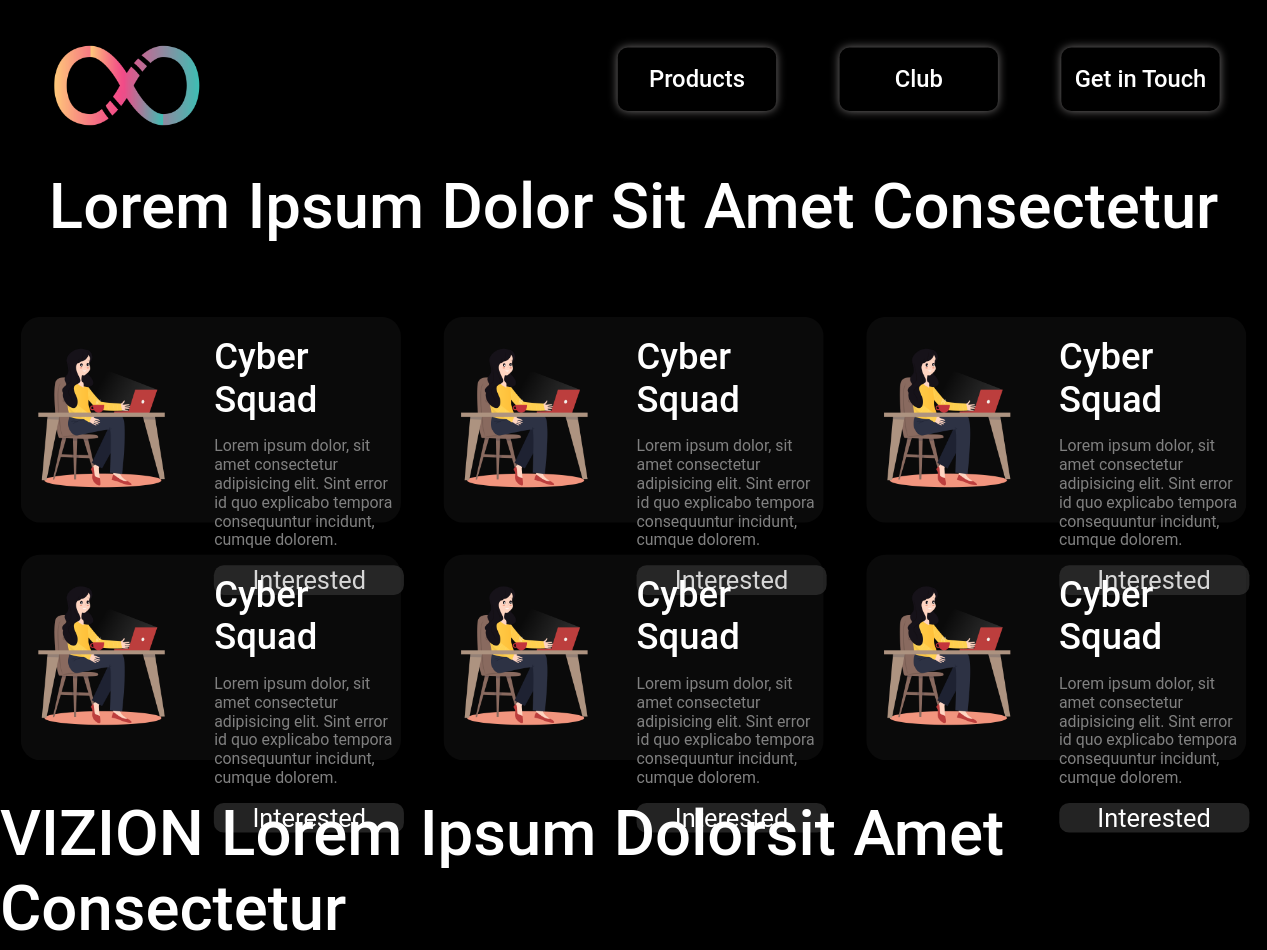
Repository: kapil4457/vizion-internship-project
Page: /
These files come from the project's save history. The page is drawn as it stood at one moment and after the next save; the edit follows.
The browser window is 1280 px wide. The pictures show the whole page, at 99% of full size.
The project was rebuilt for these pictures with package versions that can differ from the ones it lists, and the page was loaded fresh each time. Also part of the build but not shown: src/index.css.

Above is the page before, as saved 2022-10-29 10:24:22.

### public/index.html
<!DOCTYPE html>
<html lang="en">
  <head>
    <meta charset="utf-8" />
    <link rel="icon" href="%PUBLIC_URL%/favicon.ico" />
    <meta name="viewport" content="width=device-width, initial-scale=1" />
    <meta name="theme-color" content="#000000" />
    <meta
      name="description"
      content="Web site created using create-react-app"
    />
    <link rel="preconnect" href="https://fonts.googleapis.com">
    <link rel="apple-touch-icon" href="%PUBLIC_URL%/logo192.png" />
    <!--
      manifest.json provides metadata used when your web app is installed on a
      user's mobile device or desktop. See https://developers.google.com/web/fundamentals/web-app-manifest/
    -->
    <link rel="manifest" href="%PUBLIC_URL%/manifest.json" />
    <!--
      Notice the use of %PUBLIC_URL% in the tags above.
      It will be replaced with the URL of the `public` folder during the build.
      Only files inside the `public` folder can be referenced from the HTML.

      Unlike "/favicon.ico" or "favicon.ico", "%PUBLIC_URL%/favicon.ico" will
      work correctly both with client-side routing and a non-root public URL.
      Learn how to configure a non-root public URL by running `npm run build`.
    -->
    <title>React App</title>
  </head>
  <body>
    <noscript>You need to enable JavaScript to run this app.</noscript>
    <div id="root"></div>
    <!--
      This HTML file is a template.
      If you open it directly in the browser, you will see an empty page.

      You can add webfonts, meta tags, or analytics to this file.
      The build step will place the bundled scripts into the <body> tag.

      To begin the development, run `npm start` or `yarn start`.
      To create a production bundle, use `npm run build` or `yarn build`.
    -->
  </body>
</html>

### src/index.js
import React from 'react';
import ReactDOM from 'react-dom/client';
import './index.css';
import App from './App';
import reportWebVitals from './reportWebVitals';
import { BrowserRouter } from 'react-router-dom';
const root = ReactDOM.createRoot(document.getElementById('root'));
root.render(
  <BrowserRouter >
  <React.StrictMode>
    <App />
  </React.StrictMode>
  </BrowserRouter>
);

// If you want to start measuring performance in your app, pass a function
// to log results (for example: reportWebVitals(console.log))
// or send to an analytics endpoint. Learn more: https://bit.ly/CRA-vitals
reportWebVitals();

### src/App.js
import { Route, Routes } from 'react-router-dom';
import './App.css';
import Header from './components/Header/Header';
import Home from './components/Home/Home';

function App() {
  return (
   <>
<Header />
   <Routes>
<Route exact path='/' element={<Home />} />


   </Routes>



   </>
  );
}

export default App;

### src/App.css
*{
margin:0;
padding:0;
box-sizing: border-box;
font-family: 'Roboto', sans-serif;}

body{
  background-color: black;
  color : white;

}
a{
  text-decoration: none;;
  color:white;
}

.active{
  color:red;
}

body::-webkit-scrollbar {
  display: none;
}

### src/components/Header/Header.jsx
import React from "react";
import { NavLink } from "react-router-dom";
import Logo from "./logo.png";
import "./Header.css";
const Header = () => {
  return (
    <div className="main-header">
      <NavLink to="/" className="left-header">
        <img src={Logo} alt="" />
      </NavLink>
      <div className="right-header">
        <NavLink to="/products">Products</NavLink>
        <NavLink to="/club">Club</NavLink>
        <NavLink to="/contact">Get in Touch</NavLink>
      </div>
    </div>
  );
};

export default Header;

### src/components/Home/Home.jsx
import React from "react";
import { data } from "../../item";
import "./Home.css";
import HomeCard from "./HomeCard";
const Home = () => {
  return (
    <div className="main-home">
      <h2 className="heading">Lorem ipsum dolor sit amet consectetur</h2>

      <div className="home-card-container">
        {data.map((item, key) => (
          <HomeCard item={item} key={key} />
        ))}
      </div>
      <h2 className="heading">VIZION Lorem Ipsum Dolorsit Amet Consectetur</h2>
    </div>
  );
};

export default Home;

### src/components/Header/Header.css
.main-header{
    height:10rem;
    /* border:1px solid white */
    display:flex;
    justify-content: space-between;
    align-items: center;
    padding:0rem 3rem
}

.main-header > .left-header >img{
    height:10rem;

}

.main-header > .right-header
{
    display:flex;
    gap:4rem;
    font-size:1.5rem;
    font-weight:550
}

.main-header > .right-header>a{
    height:4rem;
    width:10rem;
    display:flex;
    justify-content: center;
   align-items: center;
   border-radius:10px;
   box-shadow: 0px 0px 10px rgba(243, 238, 238,0.5);
   transition: all 0.2s;
}
.main-header > .right-header>a:hover{

    box-shadow: 0px 0px 20px rgba(243, 238, 238,0.5);
    transform: scale(1.01);
   }

### src/item.js
export const data = [
    {
        title : "Cyber Squad",
        description : "Lorem ipsum dolor, sit amet consectetur adipisicing elit. Sint error id quo explicabo tempora consequuntur incidunt, cumque dolorem.        "
    },
    {
        title : "Cyber Squad",
        description : "Lorem ipsum dolor, sit amet consectetur adipisicing elit. Sint error id quo explicabo tempora consequuntur incidunt, cumque dolorem.        "
    },
    {
        title : "Cyber Squad",
        description : "Lorem ipsum dolor, sit amet consectetur adipisicing elit. Sint error id quo explicabo tempora consequuntur incidunt, cumque dolorem.        "
    },
    {
        title : "Cyber Squad",
        description : "Lorem ipsum dolor, sit amet consectetur adipisicing elit. Sint error id quo explicabo tempora consequuntur incidunt, cumque dolorem.        "
    },
    {
        title : "Cyber Squad",
        description : "Lorem ipsum dolor, sit amet consectetur adipisicing elit. Sint error id quo explicabo tempora consequuntur incidunt, cumque dolorem.        "
    },
    {
        title : "Cyber Squad",
        description : "Lorem ipsum dolor, sit amet consectetur adipisicing elit. Sint error id quo explicabo tempora consequuntur incidunt, cumque dolorem.        "
    }
]

### src/components/Home/Home.css
.main-home{
    color:white;
    width:100%;
    display: flex;
    flex-direction: column;
    gap:4rem;
    margin-bottom: 2rem;
}

.main-home > h2{
    width:100%;
    height:6rem;
    display: flex;
    justify-content: center;
    align-items:center;
    font-size:4rem;
    word-spacing: 0.1rem;
    font-weight:450;
    text-transform: capitalize;

}


.main-home > .home-card-container{
    display:grid;
    grid-template-columns: 1fr 1fr 1fr;
    row-gap: 2rem;
    place-items: center;
}

### src/components/Home/HomeCard.jsx
import React from "react";
import "./HomeCard.css";
import Image from "./cardImage.png";
const HomeCard = ({ item }) => {
  return (
    <div className="home-card">
      <img src={Image} alt="" />
      <div className="card-info">
        <h2>{item.title}</h2>
        <p>{item.description}</p>
        <button>Interested</button>
      </div>
    </div>
  );
};

export default HomeCard;

### src/components/Home/HomeCard.css
.home-card{
    width:90%;
    height:13rem;
    display:flex;
    gap:1rem;
    padding-top:1rem;
    background-color: rgba(51, 50, 50, 0.2);
    border-radius: 20px;
    border:3px solid rgba(51, 50, 50, 0.0);
    transition: all 0.4s;

}
.home-card:hover{
    border:3px solid blue;
}
.home-card>img{
    height:10rem;

}
.home-card > .card-info{
    display:flex;
    flex-direction: column;
    gap:1rem;
    padding:0 1rem;
    align-items: center;

}
.home-card > .card-info > h2{
    font-size: 2.3rem;
    font-weight: 450;
}
.home-card > .card-info > p{
    color:gray
}
.home-card > .card-info > button{
    background-color: rgba(51, 50, 50, 0.7);
    border:none;
    outline:none;
    width:12rem;
    border-radius: 10px;
    font-size:1.6rem;
    color:white;
    height:3rem;
    transition: all 0.4s;
    cursor:pointer;
}
.home-card > .card-info > button:hover{

    background-color: rgba(51, 50, 50, 0.9);
}

Loaded but not shown: src/reportWebVitals.js (common file)

After the next save:
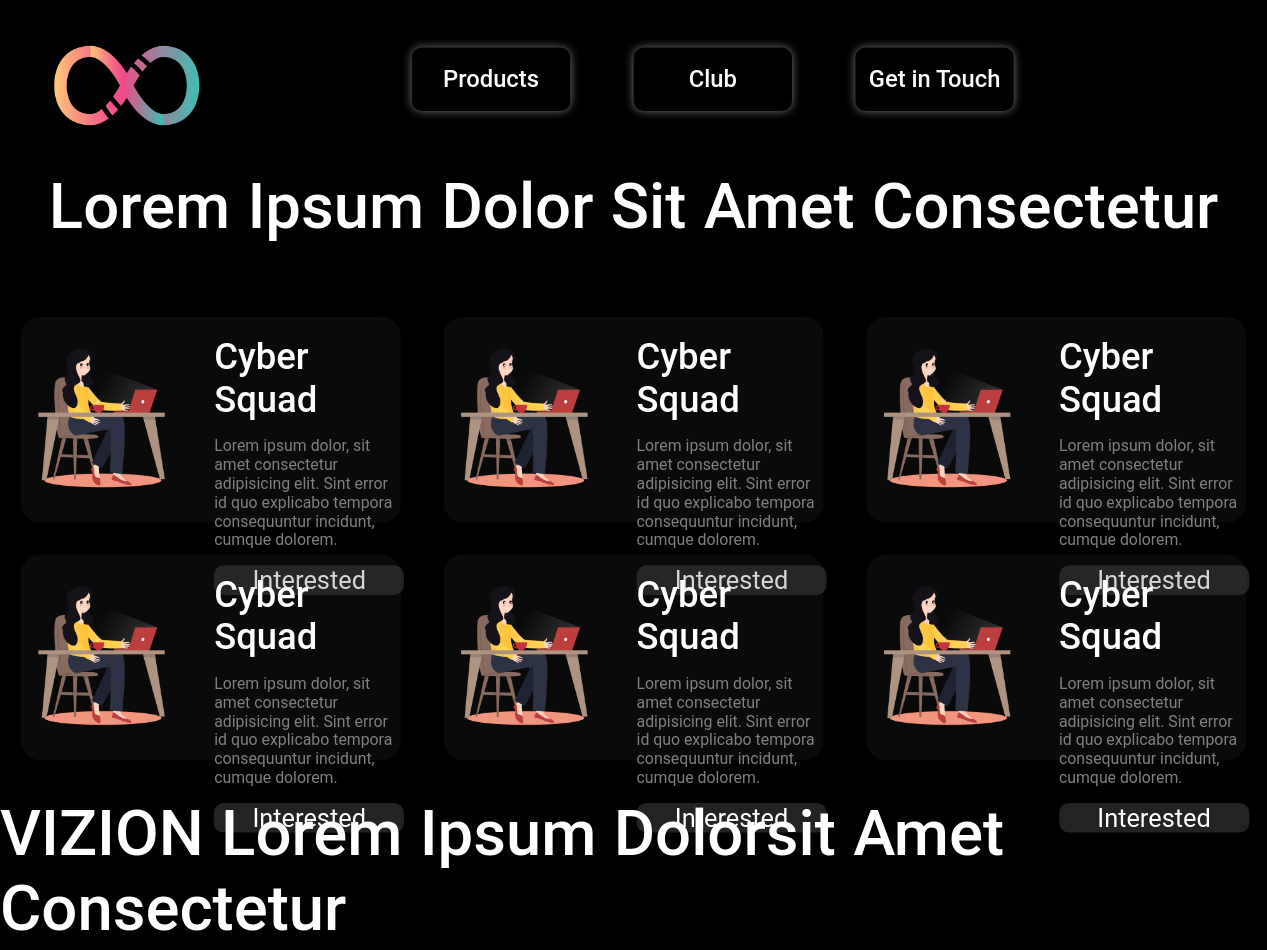
Saved 78 s later.
--- a/src/components/Header/Header.jsx
+++ b/src/components/Header/Header.jsx
@@ -13,6 +13,7 @@ const Header = () => {
         <NavLink to="/club">Club</NavLink>
         <NavLink to="/contact">Get in Touch</NavLink>
       </div>
+      <div className="right-ham"></div>
     </div>
   );
 };
